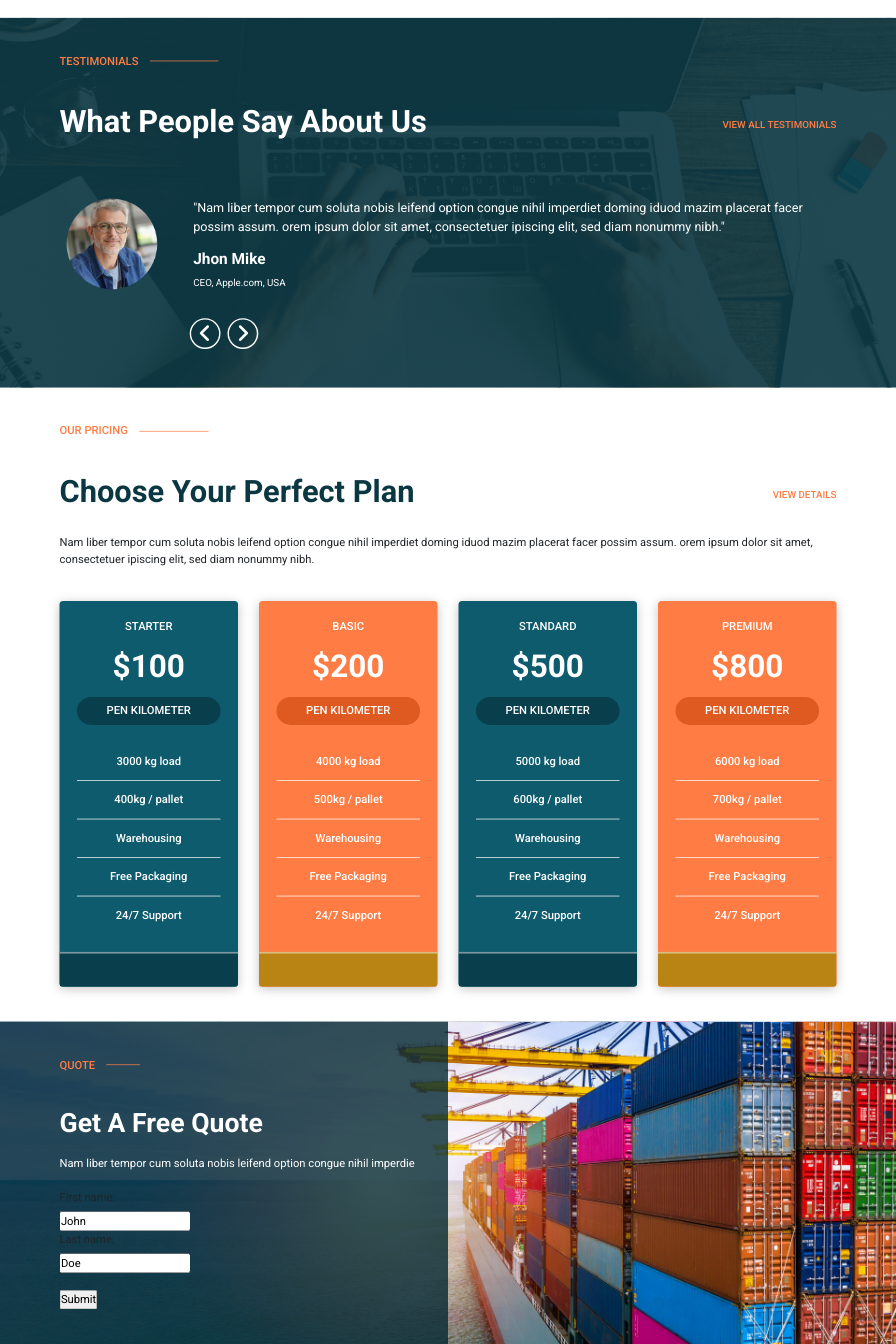
Repository: nazmulalok/shipping-theme
Page: index.html
An editor plug-in stored every save of this project. The page is shown before and after the next save, followed by the edit.
The browser window is 1280 px wide. The pictures show the part of the page from y = 3182 to 5102 px (the page is 5102 px tall before and 5070 px after), at 70% of full size.
Some web libraries are served in a nearby version.

Above is the page before, as saved 2022-10-09 16:54:18.

After the next save:
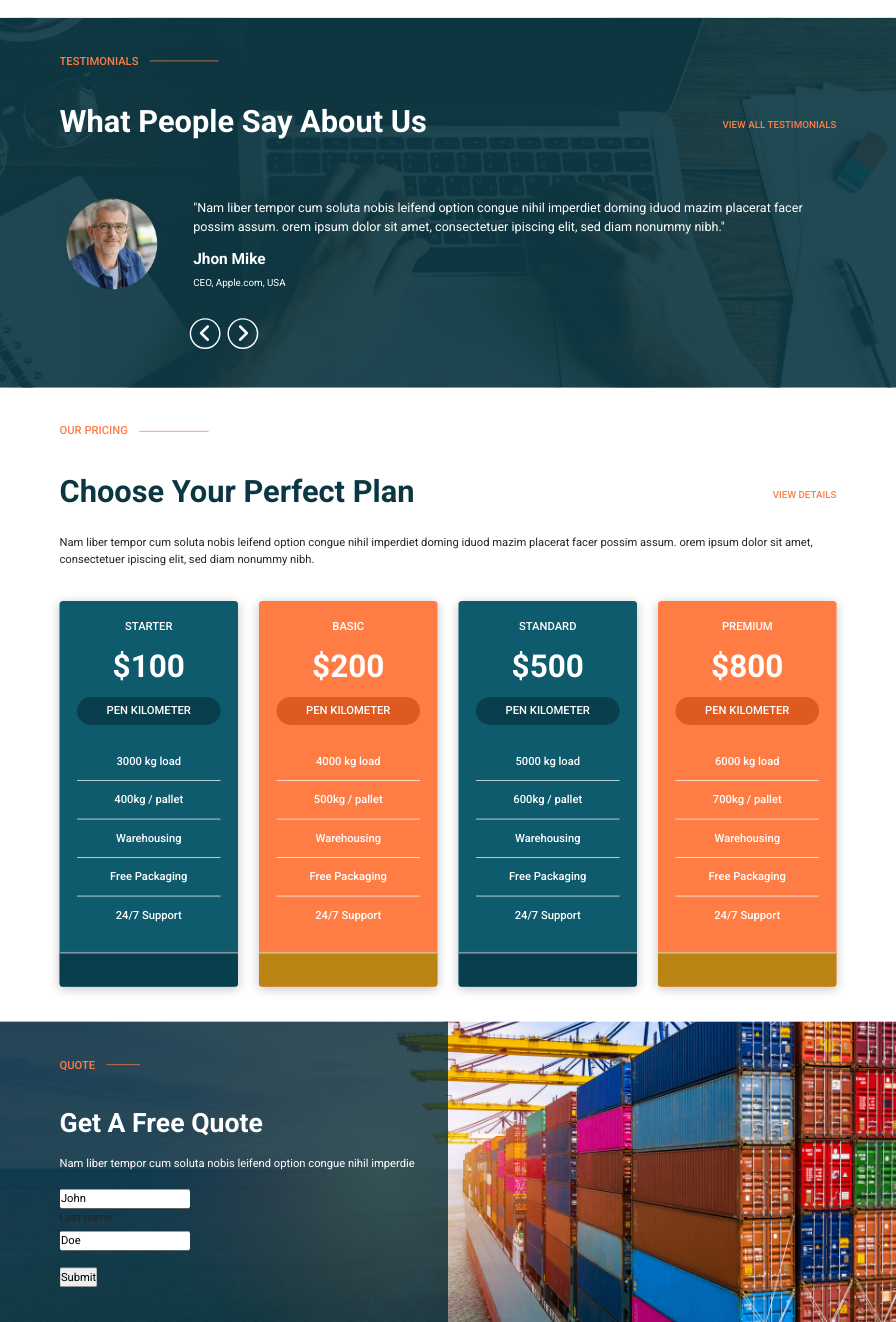
Saved 37 s later.
--- a/index.html
+++ b/index.html
@@ -443,8 +443,7 @@
                         <p class="text-white mb-4">Nam liber tempor cum soluta nobis leifend option congue nihil
                             imperdie</p>
                         <div class="form-holder">
-                            <form action="/action_page.php">
-                                <label for="fname">First name:</label><br>
+                            <form action="#">
                                 <input type="text" id="fname" name="fname" value="John"><br>
                                 <label for="lname">Last name:</label><br>
                                 <input type="text" id="lname" name="lname" value="Doe"><br><br>
